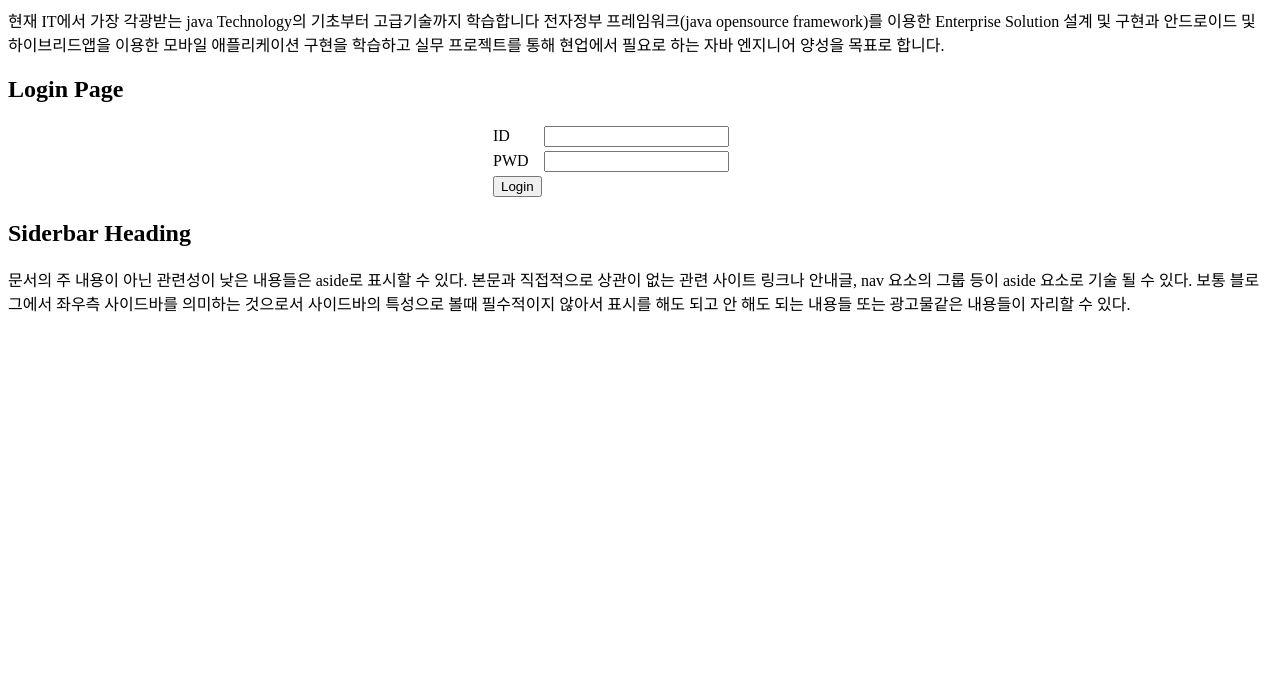
Repository: dev-sean/kosta
Page: http://localhost/jsp_1104/ex2_sample.jsp
These files come from the project's save history. The page is drawn as it stood at one moment and after the next save; the edit follows.
The browser window is 1280 px wide. The pictures show the whole page.
Some web libraries are served in a nearby version. The page is served by Tomcat 9.

Above is the page before, as saved 2014-11-04 02:17:21.

After the next save:
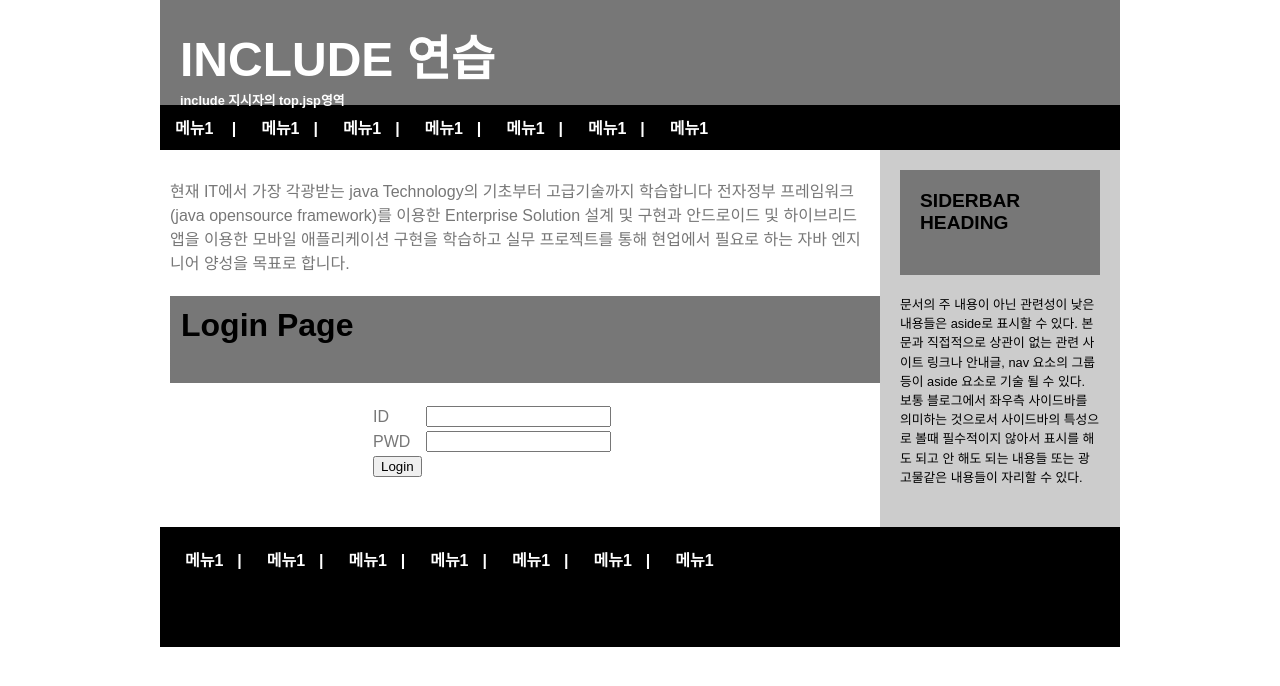
Saved 93 s later.
--- a/jsp/jsp_1104/WebContent/ex2_sample.jsp
+++ b/jsp/jsp_1104/WebContent/ex2_sample.jsp
@@ -1,8 +1,42 @@
 <%@ page language="java" contentType="text/html; charset=EUC-KR"
 	pageEncoding="EUC-KR"%>
-<!-- 2014. 11. 3. -->
+<!-- top -->
+<!DOCTYPE html>
+<html>
+<head>
+<meta charset="EUC-KR">
+<title>Insert title here</title>
+<link rel="stylesheet" href="style/style.css" type="text/css">
+<script src="//code.jquery.com/jquery-1.11.0.min.js"></script>
+<script src="//code.jquery.com/jquery-migrate-1.2.1.min.js"></script>
+<script>
+	$(document).ready(function() {
 
+	});
+</script>
+</head>
+<body>
+
+	<header class="hd">
+		<h1>Include 연습</h1>
+		<h2>include 지시자의 top.jsp영역</h2>
+	</header>
+	<nav>
+		<ul>
+			<li><a href="">메뉴1 </a>&nbsp; |</li>
+			<li><a href="">메뉴1</a>&nbsp; |</li>
+			<li><a href="">메뉴1</a>&nbsp; |</li>
+			<li><a href="">메뉴1</a>&nbsp; |</li>
+			<li><a href="">메뉴1</a>&nbsp; |</li>
+			<li><a href="">메뉴1</a>&nbsp; |</li>
+			<li><a href="">메뉴1</a></li>
+		</ul>
+	</nav>
+	<!-- top end-->
+	<!-- content -->
 	<article>
+
+
 		<p>현재 IT에서 가장 각광받는 java Technology의 기초부터 고급기술까지 학습합니다 전자정부
 			프레임워크(java opensource framework)를 이용한 Enterprise Solution 설계 및 구현과
 			안드로이드 및 하이브리드앱을 이용한 모바일 애플리케이션 구현을 학습하고 실무 프로젝트를 통해 현업에서 필요로 하는 자바
@@ -40,3 +74,23 @@
 			자리할 수 있다.</p>
 
 	</aside>
+	<!-- content end -->
+	<!-- bottom -->
+	<footer>
+		<nav>
+			<ul>
+				<li><a href="">메뉴1</a>&nbsp; |</li>
+				<li><a href="">메뉴1</a>&nbsp; |</li>
+				<li><a href="">메뉴1</a>&nbsp; |</li>
+				<li><a href="">메뉴1</a>&nbsp; |</li>
+				<li><a href="">메뉴1</a>&nbsp; |</li>
+				<li><a href="">메뉴1</a>&nbsp; |</li>
+				<li><a href="">메뉴1</a></li>
+			</ul>
+		</nav>
+	</footer>
+
+
+</body>
+</html>
+<!-- bottom end -->
